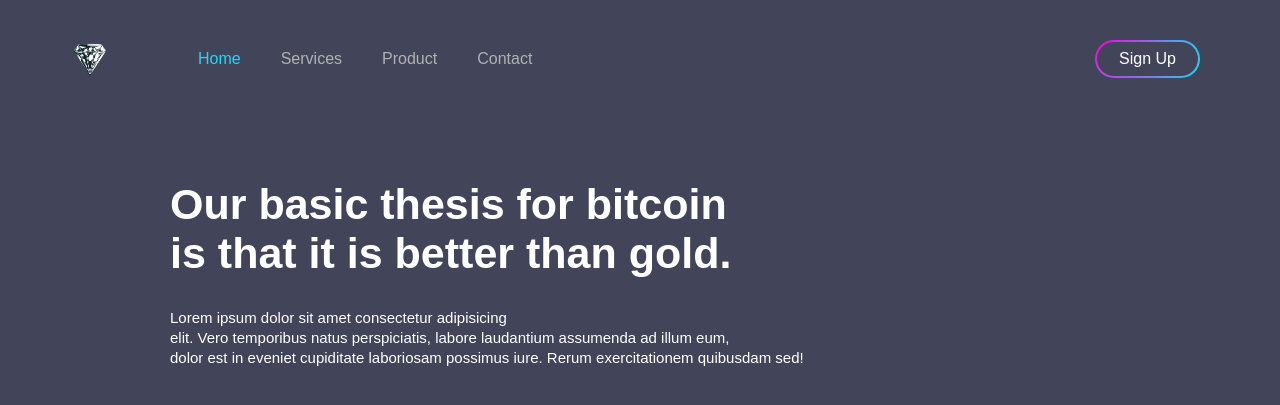
Repository: Aakarshit-Sharma19/Basic-HTML-and-CSS-Page-
Page: index.html
An editor plug-in stored every save of this project. The page is shown before and after the next save, followed by the edit.
The browser window is 1280 px wide. The pictures show the whole page.

Above is the page before, as saved 2020-11-10 15:27:39.

### index.html
<!DOCTYPE html>
<html lang="en">

<head>
    <title>Crypto Currency Web App - Easy Tutorials</title>
    <link rel="stylesheet" href="style.css">
</head>

<body>
    <div class="container">
        <div class="menu">
            <ul>
                <li class="logo"><img src="1349.png" alt="diamond"></li>
                <li class="active">Home</li>
                <li>Services</li>
                <li>Product</li>
                <li>Contact</li>
                <li><a href="#" class="signup-btn"><span>Sign Up</span></a></li>
            </ul>
        </div>
        <div class="banner">
            <div class="app-text">
                <h1>Our basic thesis for bitcoin <br> is that it is better than gold.</h1>
                <p>Lorem ipsum dolor sit amet consectetur adipisicing <br>elit. Vero temporibus natus perspiciatis,
                    labore
                    laudantium assumenda ad illum eum,<br> dolor est in eveniet cupiditate laboriosam possimus iure.
                    Rerum
                    exercitationem quibusdam sed!</p>
            </div>
        </div>
    </div>
</body>

</html>

### style.css
* {
    margin: 0;
    padding: 0;
    font-family: sans-serif;
}

body{
    background: #42455a;
}
.container{
    width: 100%;
    height: 100%;
}

.menu ul{
    display: inline-flex;
    margin: 50px;
}

.menu ul li{
    list-style: none;
    margin: 0 20px;
    color: #b2b1b1;
    cursor: pointer;
}

.logo img{
    width: 40px;
    margin-top: -12px;
    margin-right: 48px;
}

.active{
    color: #19dafa!important;
}

.signup-btn{
    top: 40px;
    right: 80px;
    position: absolute;
    text-decoration: none;
    color: #fff;
    border: 2px solid transparent;
    border-radius: 20px;
    background-image: linear-gradient(#42455a, #42455a), radial-gradient(circle at top left, #fd00da, #19d7f8);
    background-origin: border-box;
    background-clip: content-box,border-box;
}

.signup-btn span{
    display: block;
    padding: 8px 22px;
}

.banner{
    width: 80%;
    height: 70%;
    top: 25%;
    left: 130px;
    position: absolute;
    color: #fff;
}

.app-text{
    width: 50%;
    float: left;
}

.app-text h1{
    font-size: 43px;
    width: 640px;
    position: relative;
    margin-left: 40px;
}

.app-text p{
    font-size: 15px;
    width: 650px;
    margin: 30px 0 30px 40px;
    line-height: 20px;
}

After the next save:
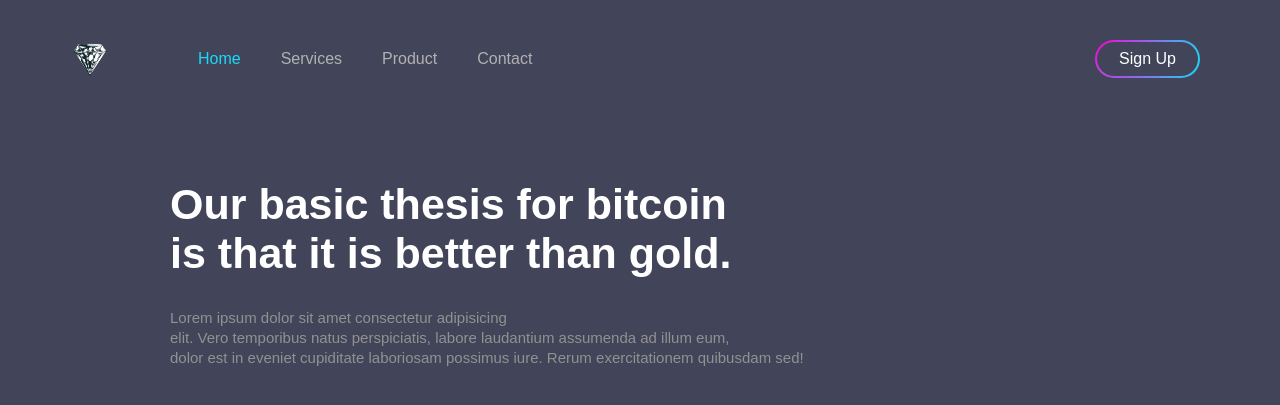
Saved 13 s later.
--- a/style.css
+++ b/style.css
@@ -78,4 +78,5 @@ body{
     width: 650px;
     margin: 30px 0 30px 40px;
     line-height: 20px;
+    color: #919191;
 }
